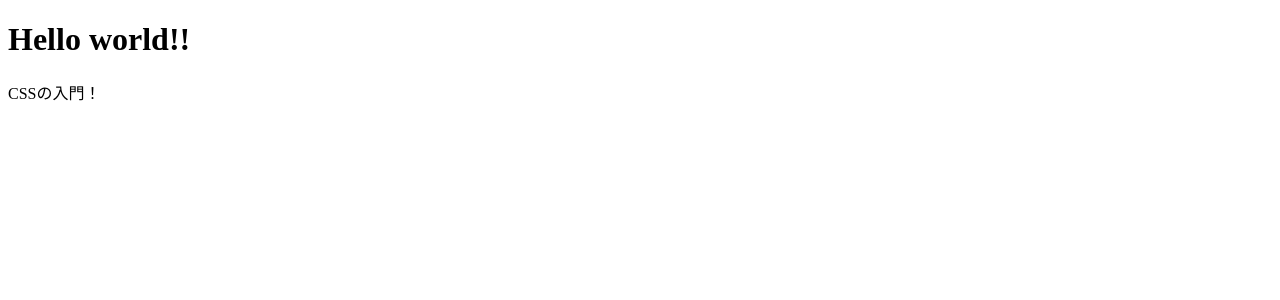
Repository: shy-sys/php-tech-boost
Page: workspace/html/css_intro/index.html
The author's editor kept a record of every edit. The page is drawn from the files as they stood at one moment, then again after the next edit.
The browser window is 1280 px wide. The pictures show the whole page.

Above is the page before.

After the next edit:
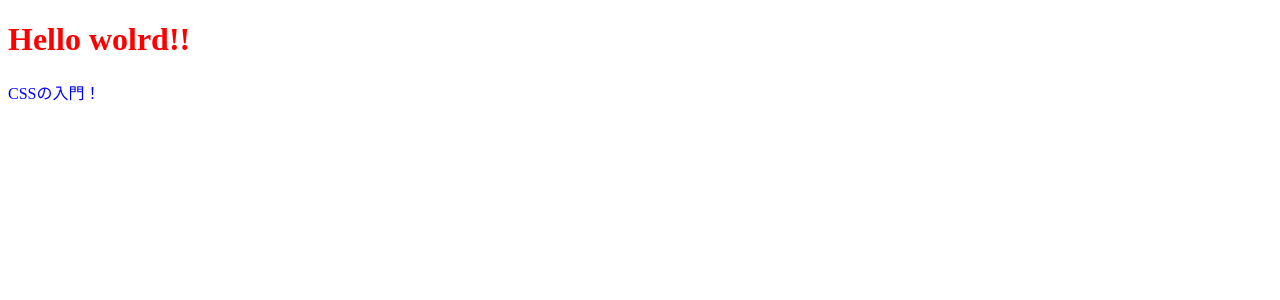
The edit:
--- a/workspace/html/css_intro/index.html
+++ b/workspace/html/css_intro/index.html
@@ -15,7 +15,7 @@
 		</style>
 </head>
 		<body>
-			<h1>Hello world!!</h1>
-			<p>CSSの入門！</p>
+		<h1 id="title">Hello wolrd!!</h1>
+		<p class="description">CSSの入門！</p>
 		</body>
 </html>
